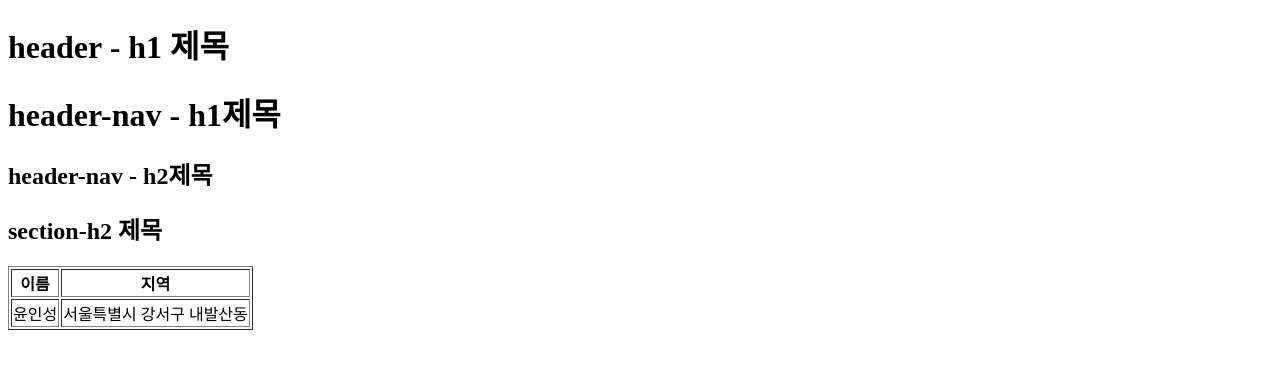
Repository: dudadab/Hhyundaiezwel_Academy
Page: CSS01/src/main/webapp/14_childSelector.html
These files come from the project's save history. The page is drawn as it stood at one moment and after the next save; the edit follows.
The browser window is 1280 px wide. The pictures show the whole page.

Above is the page before, as saved 2025-07-02 02:10:10.

After the next save:
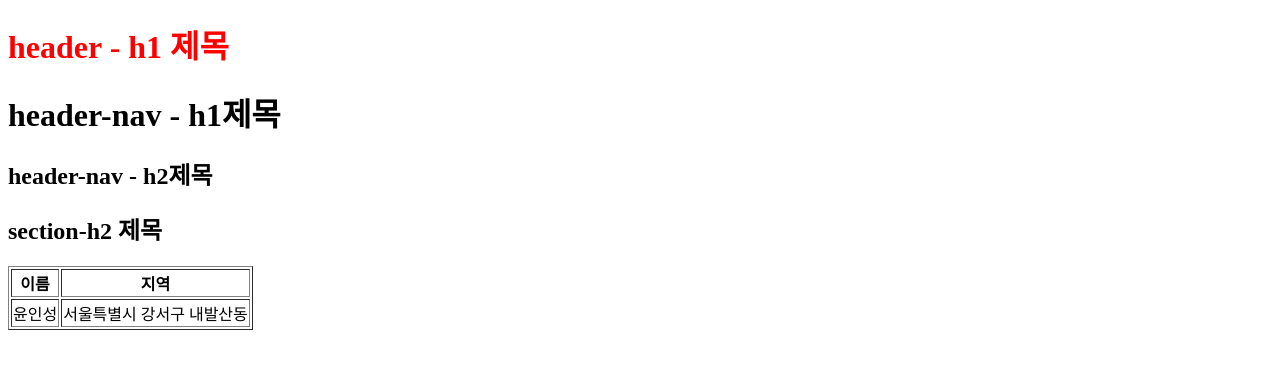
Saved 14 min 32 s later.
--- a/CSS01/src/main/webapp/14_childSelector.html
+++ b/CSS01/src/main/webapp/14_childSelector.html
@@ -5,7 +5,7 @@
 		<title>자식 선택자</title>
 		<style type="text/css">
 			/* header - h1 제목 : 빨간색 적용 (자식 선택자 사용) */
-
+				#header > h1 {color:red;}
 			/* header-nav - h2제목 : 파란색 적용 (자식 선택자 사용) */
 
 
